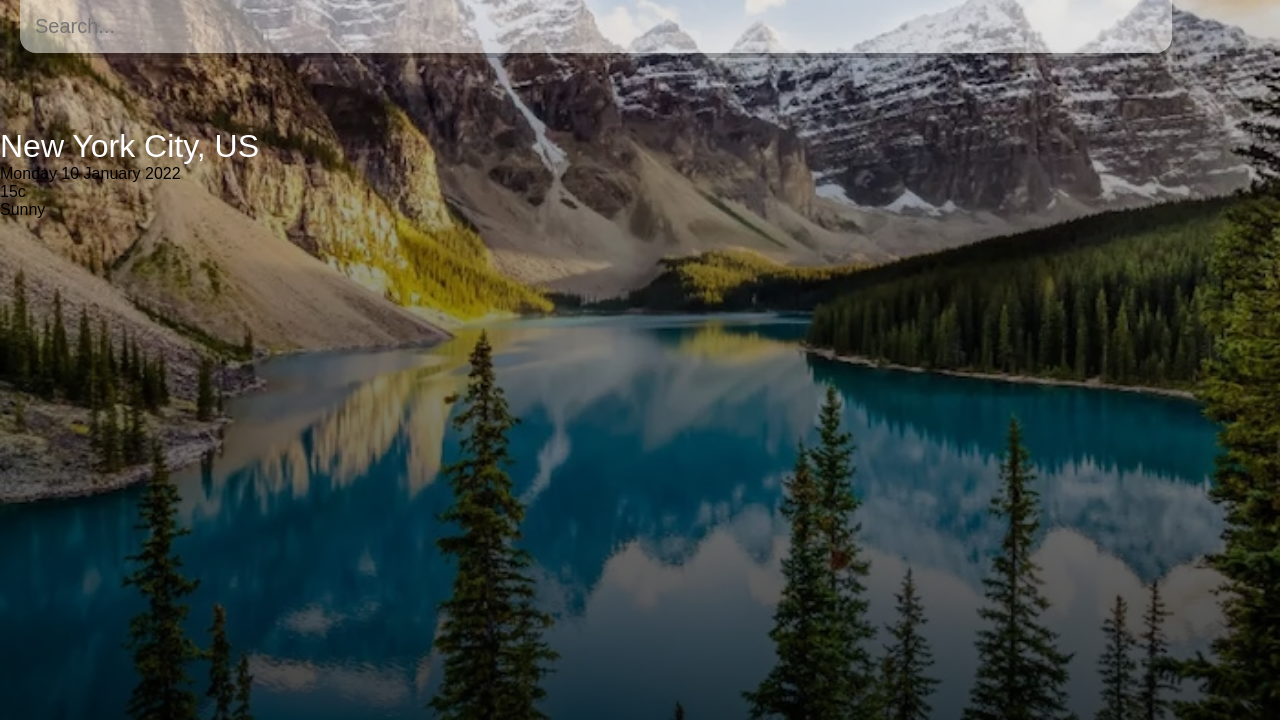
Repository: K-TT/WeatherApp
Page: /
The author's editor kept a copy of each file at every save. The page is drawn from the files as they stood at one save, then again after the next save.
The browser window is 1280 px wide. The pictures show the whole page.
The project was rebuilt for these pictures with package versions that can differ from the ones it lists, and the page was loaded fresh each time.

Above is the page before, as saved 2022-01-13 23:35:23.

### src/index.css
* {
    margin: 0;
    padding: 0;
    box-sizing: border-box;
}

body {
    font-family: sans-serif;
}

.app {
    background-image: url(./assets/snowy_mountains.jpeg);
    background-size: cover;
    background-position: bottom;
    transition: 0.4 case-out;
    width: 100%;
}

.app.warm {
    background-image: url(./assets/summer_mountains.jpg);
}

main {
    min-height: 100vh;
    background-image: linear-gradient(to bottom, rgba(0, 0, 0, 0.2), rgba(0, 0, 0, 0.75))
}

.search-box {
    width: 100%;
    margin: 0px 0px 75px 0px;
}

.search-box .search-bar {
    display: block;
    width: 90%;
    padding: 15px;
    appearance: none;
    background: none;
    border: none;
    outline: none;
    background-color: rgba(255, 255, 255, 0.5);
    border-radius: 0px 0px 16px 16px;
    margin: 0px 20px 0px 20px;
    box-shadow: 0px 5px rgba(0, 0, 0, 0.2);
    color: #313131;
    font-size: 20px;
    transition: 0.4s ease;
}

.search-box .search-bar:focus {
    background-color: rgba(255, 255, 255, 0.75);
}

.location-box .location {
    color: #FFF;
    font-size: 32px;
    font
}

### src/App.js
import React from 'react';
const api = {
  key: "9820c5639a4f86f59ebb8b89ceffe3b0",
  base: "https://api.openweathermap.org/data/2.5/"
}

function App() {

  const dateBuilder = (d) => {
    let months = ["January", "February", "March", "April", "May",
      "June", "July", "August", "September", "October", "November", "December"];
    let days = ["Sunday", "Monday", "Tuesday", "Wednesday", "Thursday", "Friday", "Saturday"];
    let day = days[d.getDay()];
    let date = d.getDate();
    let month = months[d.getMonth()];
    let year = d.getFullYear();

    return `${day} ${date} ${month} ${year}`
  }

  return (
    <div className="app warm">
      <main>
        <div className="search-box">
          <input
            type="text"
            className="search-bar"
            placeholder="Search..."
          />
        </div>
        <div className="location-box">
          <div className="location">New York City, US</div>
          <div className="date">{ dateBuilder(new Date())}</div>
        </div>

        <div className="weather-box">
          <div className="temp">
            15c
          </div>
          <div className="weather">Sunny</div>
        </div>
      </main>
    </div>
    );
}

export default App;

Loaded but not shown: public/index.html (common file); src/index.js (common file); src/reportWebVitals.js (common file)

After the next save:
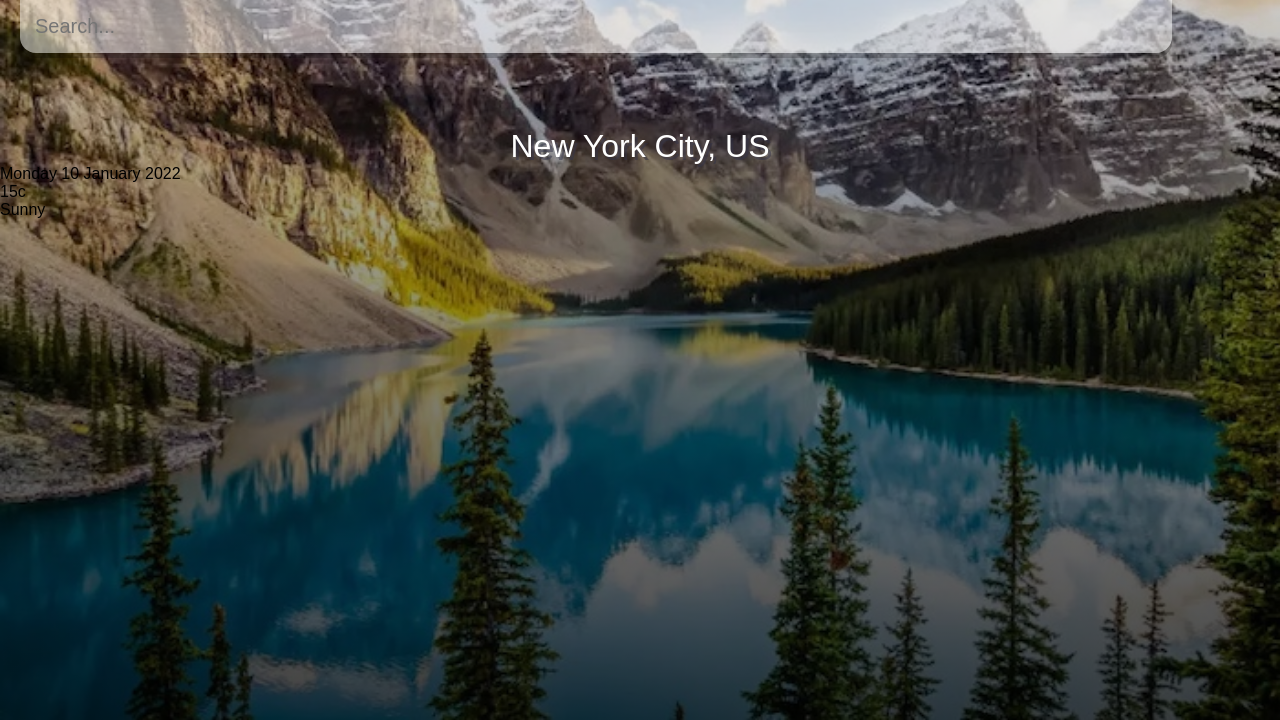
Saved 50 s later.
--- a/src/index.css
+++ b/src/index.css
@@ -54,5 +54,7 @@ main {
 .location-box .location {
     color: #FFF;
     font-size: 32px;
-    font
+    font-weight: 500;
+    text-align: center;
+    text-shadow: 3px 3px rgba(50, 50, 70, 0.5);
 }
